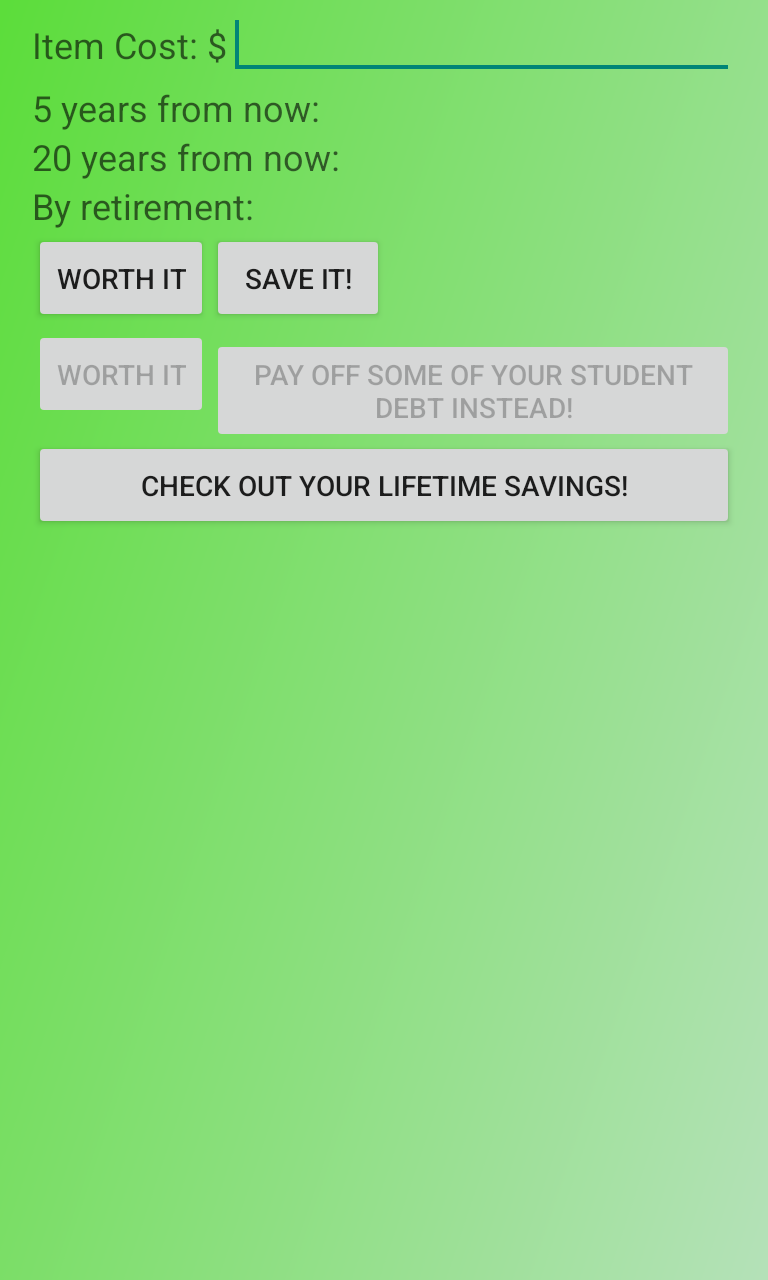
Repository: aallev11/saveit
Layout: ShouldISaveIt/res/layout/activity_main.xml
An editor plug-in stored every save of this project. The layout is shown before and after the next save, followed by the edit.
It is drawn on a 768 x 1280 px phone screen (xhdpi) without system bars, with theme AppTheme; the app's code is not run.

Above is the layout before, as saved 2014-03-30 15:18:32.

### ShouldISaveIt/res/layout/activity_main.xml
<FrameLayout xmlns:android="http://schemas.android.com/apk/res/android"
    xmlns:tools="http://schemas.android.com/tools"
    android:id="@+id/container"
    android:layout_width="match_parent"
    android:layout_height="match_parent"
    android:background="@drawable/background"
    tools:context="com.example.shouldisaveit.MainActivity"
    tools:ignore="MergeRootFrame" >

    <LinearLayout
        android:layout_width="fill_parent"
        android:layout_height="fill_parent"
        android:orientation="vertical"
        android:paddingLeft="16dp"
        android:paddingRight="16dp" >

        <LinearLayout
            android:layout_width="fill_parent"
            android:layout_height="wrap_content"
            android:orientation="horizontal" >

            <TextView
                android:id="@+id/itemCost"
                android:layout_width="wrap_content"
                android:layout_height="wrap_content"
                android:text="Item Cost: $"
                android:textAppearance="?android:attr/textAppearanceMedium" />

            <EditText
                android:id="@+id/editItemCost"
                android:layout_width="match_parent"
                android:layout_height="wrap_content"
                android:ems="10"
                android:inputType="numberDecimal"
                android:width="40dp" >

                <requestFocus />
            </EditText>
        </LinearLayout>

        <LinearLayout
            android:layout_width="fill_parent"
            android:layout_height="wrap_content"
            android:orientation="horizontal" >

            <TextView
                android:layout_width="wrap_content"
                android:layout_height="wrap_content"
                android:text="5 years from now:  "
                android:textAppearance="?android:attr/textAppearanceMedium" />

            <TextView
                android:id="@+id/edit5years"
                android:layout_width="match_parent"
                android:layout_height="wrap_content"
                android:ems="10"
                android:width="40dp" >
            </TextView>
        </LinearLayout>

        <LinearLayout
            android:layout_width="fill_parent"
            android:layout_height="wrap_content"
            android:orientation="horizontal" >

            <TextView
                android:layout_width="wrap_content"
                android:layout_height="wrap_content"
                android:text="20 years from now:  "
                android:textAppearance="?android:attr/textAppearanceMedium" />

            <TextView
                android:id="@+id/edit20years"
                android:layout_width="match_parent"
                android:layout_height="wrap_content"
                android:ems="10"
                android:width="40dp" >
            </TextView>
        </LinearLayout>

        <LinearLayout
            android:layout_width="fill_parent"
            android:layout_height="wrap_content"
            android:orientation="horizontal" >

            <TextView
                android:layout_width="wrap_content"
                android:layout_height="wrap_content"
                android:text="By retirement:  "
                android:textAppearance="?android:attr/textAppearanceMedium" />

            <TextView
                android:id="@+id/editByRetirement"
                android:layout_width="match_parent"
                android:layout_height="wrap_content"
                android:ems="10"
                android:width="40dp" >
            </TextView>
        </LinearLayout>

        <LinearLayout
            android:layout_width="fill_parent"
            android:layout_height="wrap_content"
            android:orientation="horizontal" >

            <Button
                android:id="@+id/worthIt"
                android:layout_width="wrap_content"
                android:layout_height="wrap_content"
                android:onClick="worthIt"
                android:text="Worth It" />

            <Button
                android:id="@+id/saveIt"
                android:layout_width="wrap_content"
                android:layout_height="wrap_content"
                android:onClick="saveIt"
                android:text="Save It!" />
        </LinearLayout>

        <LinearLayout
            android:layout_width="fill_parent"
            android:layout_height="wrap_content"
            android:orientation="horizontal" >

            <Button
                android:id="@+id/putIntoRetirement"
                android:layout_width="wrap_content"
                android:layout_height="wrap_content"
                android:enabled="false"
                android:onClick="Save it in Retirement Instead!"
                android:text="Worth It" />

            <Button
                android:id="@+id/putIntoStudentDebt"
                android:enabled="false"
                android:layout_width="wrap_content"
                android:layout_height="wrap_content"
                android:onClick="saveIt"
                android:text="Pay off some of your student debt instead!" />
        </LinearLayout>

        <LinearLayout
            android:layout_width="fill_parent"
            android:layout_height="wrap_content"
            android:orientation="horizontal" >

            <Button
                android:id="@+id/lifetimeSavings"
                android:layout_width="fill_parent"
                android:layout_height="wrap_content"
                android:onClick="lifetimeSavings"
                android:text="Check out your lifetime savings!" />
        </LinearLayout>
    </LinearLayout>

</FrameLayout>

Loaded but not shown: ShouldISaveIt/res/values/styles.xml (common file); ShouldISaveIt/res/values-v11/styles.xml (common file); ShouldISaveIt/res/values-v14/styles.xml (common file)

After the next save:
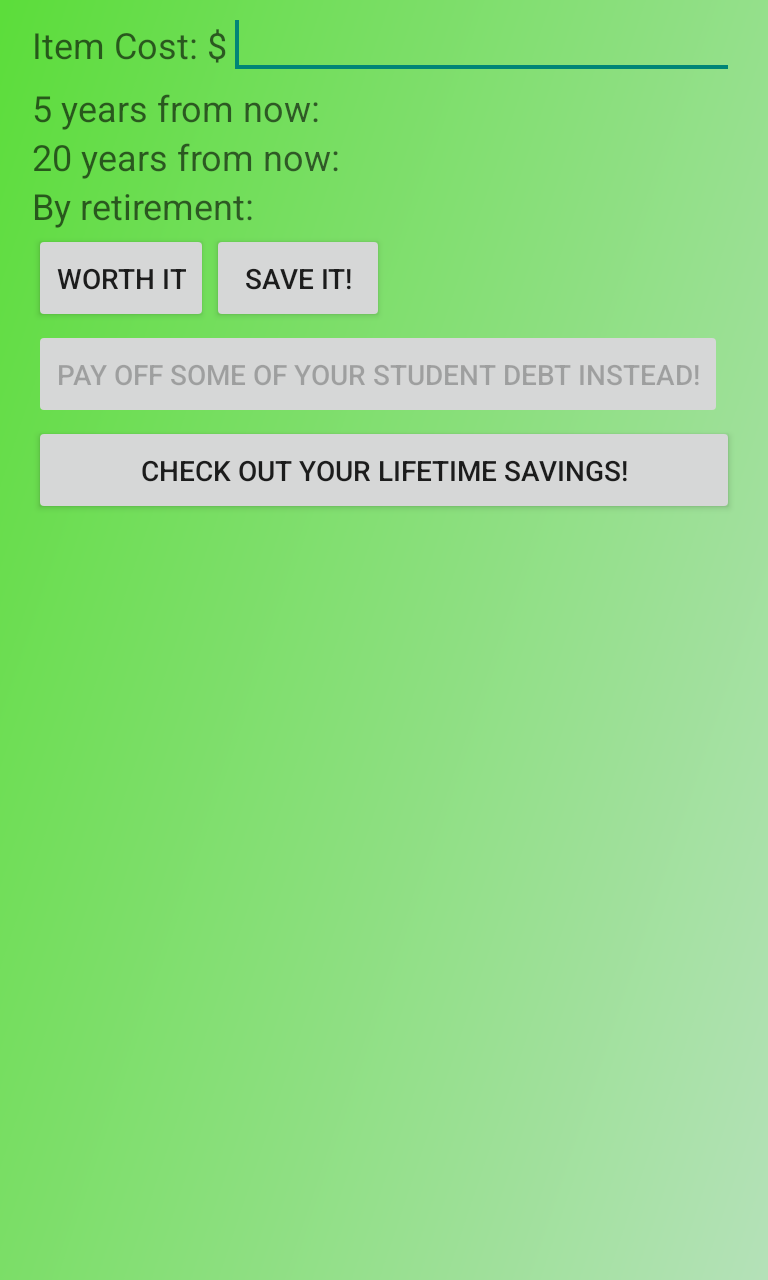
Saved 3 min 11 s later.
--- a/ShouldISaveIt/res/layout/activity_main.xml
+++ b/ShouldISaveIt/res/layout/activity_main.xml
@@ -128,6 +128,7 @@
                 android:layout_width="wrap_content"
                 android:layout_height="wrap_content"
                 android:enabled="false"
+                android:visibility="gone"
                 android:onClick="Save it in Retirement Instead!"
                 android:text="Worth It" />
 
